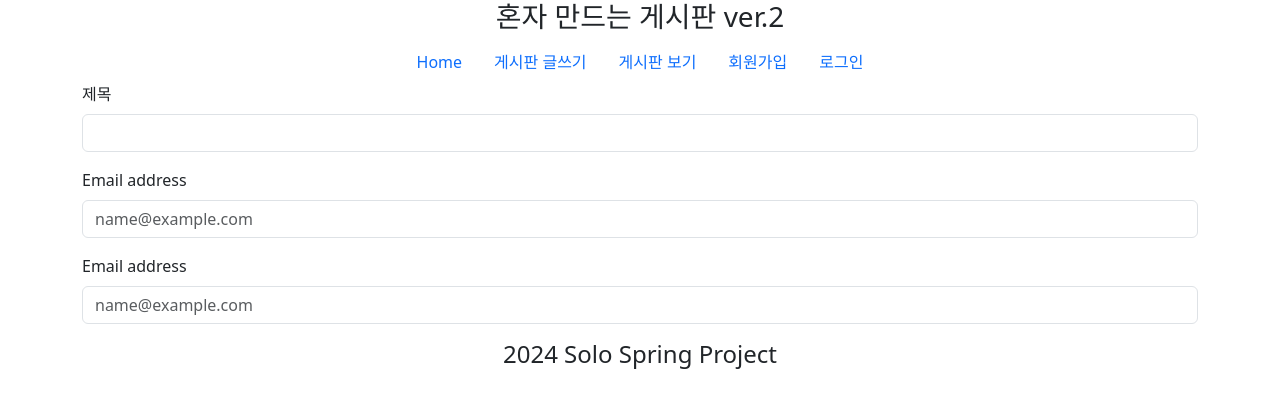
Repository: nefer2/Spring_test
Page: http://localhost/spring_test7/WEB-INF/views/board/register.jsp
These files come from the project's save history. The page is drawn as it stood at one moment and after the next save; the edit follows.
The browser window is 1280 px wide. The pictures show the whole page.
The page is served by Tomcat 9. Nobody is signed in. The template is opened directly, without the code that normally fills it, so the values that code supplies are empty.

Above is the page before, as saved 2024-01-17 03:59:30.

After the next save:
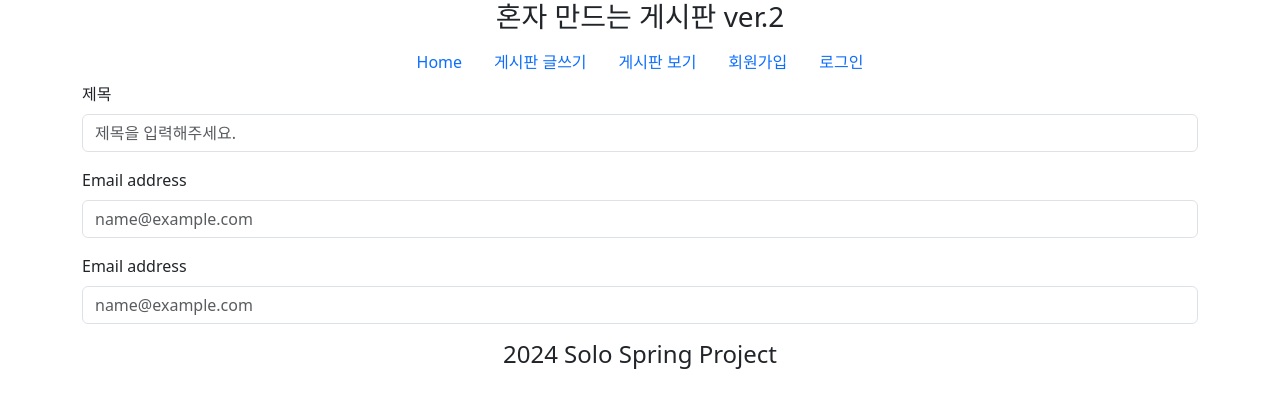
Saved 9 s later.
--- a/spring_test7/src/main/webapp/WEB-INF/views/board/register.jsp
+++ b/spring_test7/src/main/webapp/WEB-INF/views/board/register.jsp
@@ -13,7 +13,7 @@
 	<form action="">
 		<div class="mb-3">
 		  <label for="title" class="form-label">제목</label>
-		  <input type="text" name="title" class="form-control" id="title" >
+		  <input type="text" name="title" class="form-control" id="title" placeholder="제목을 입력해주세요.">
 		</div>
 		<div class="mb-3">
 		  <label for="exampleFormControlInput1" class="form-label">Email address</label>
